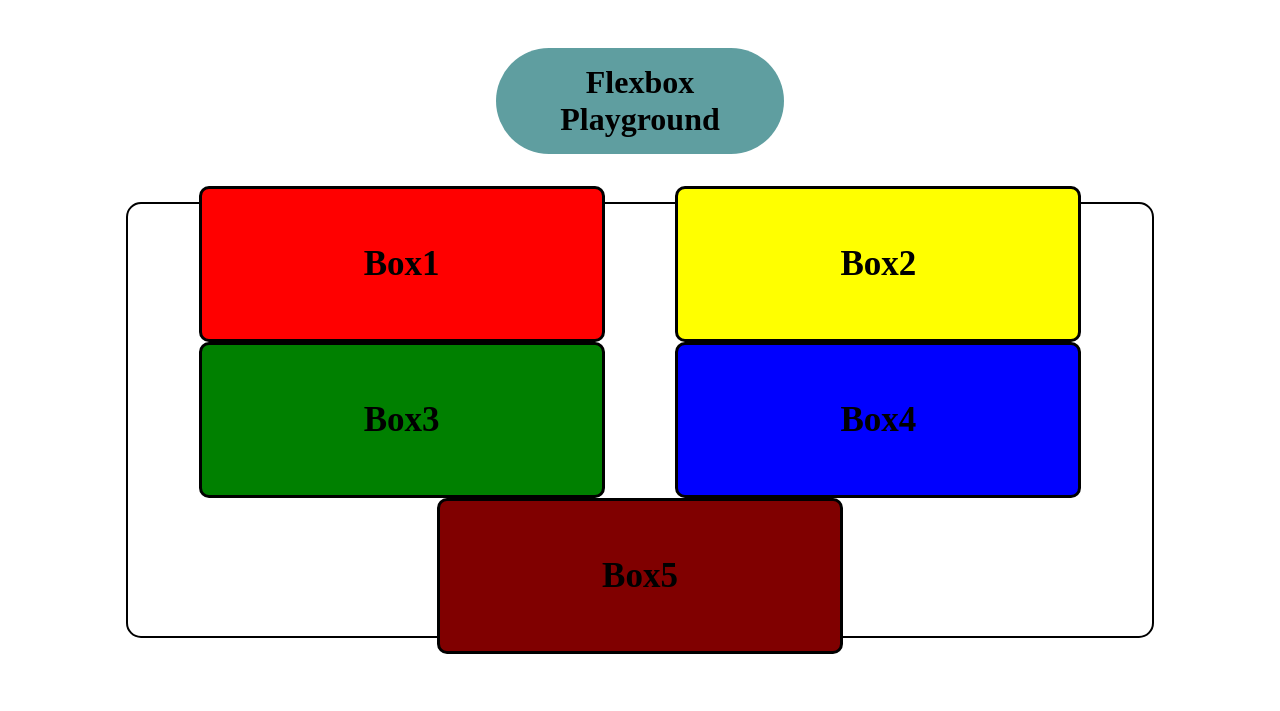
Repository: rakeshkolpepatil/CSS_Apana_College
Page: index.html
These files come from the project's save history. The page is drawn as it stood at one moment and after the next save; the edit follows.
The browser window is 1280 px wide. The pictures show the whole page.

Above is the page before, as saved 2023-06-24 22:42:21.

### index.html
<!DOCTYPE html>
<html lang="en">
<head>
  <meta charset="UTF-8">
  <meta name="viewport" content="width=device-width, initial-scale=1.0">
  <link rel="stylesheet" href="styleSeven.css"/>
  <title>Flexbox</title>
</head>
<body>
  <h1> Flexbox Playground </h1>
  <div id="container">
    <div id="box1" class="box"> Box1 </div>
    <div id="box2" class="box"> Box2 </div>
    <div id="box3" class="box"> Box3 </div>
    <div id="box4" class="box"> Box4 </div>
    <div id="box5" class="box"> Box5 </div>
  </div>
</body>
</html>

### styleSeven.css
*{
  margin: 0px;
  padding: 0px;
}

h1{
  text-align: center;
  margin: auto;
  margin-top:3rem;
  margin-bottom: 3rem;
  background-color:cadetblue;
  width: 20vw;
  border-radius: 10rem;
  padding: 1rem;
}

#container{
  display: flex;
  flex-wrap: wrap;
  border: 2px solid black;
  height: 60vh;
  width: 80vw;
  margin: auto;
  text-align: center;
  align-items:center;
  justify-content: space-evenly;
  flex-direction: row;
  border-radius: 15px;
  align-content: center;
}
.box{
  width: 400px;
  height: 150px;
  border: 3px solid black;
  display: flex;
  align-items: center;
  justify-content: center;
  font-size: 35px;
  font-weight: bold;
  border-radius: 10px;
}
#box1{
  background-color: red;
}
#box2{
  background-color: yellow;
}
#box3{
  background-color: green;
  align-self: flex-start;
}
#box4{
  background-color: blue;
}
#box5{
  background-color: maroon;
}

After the next save:
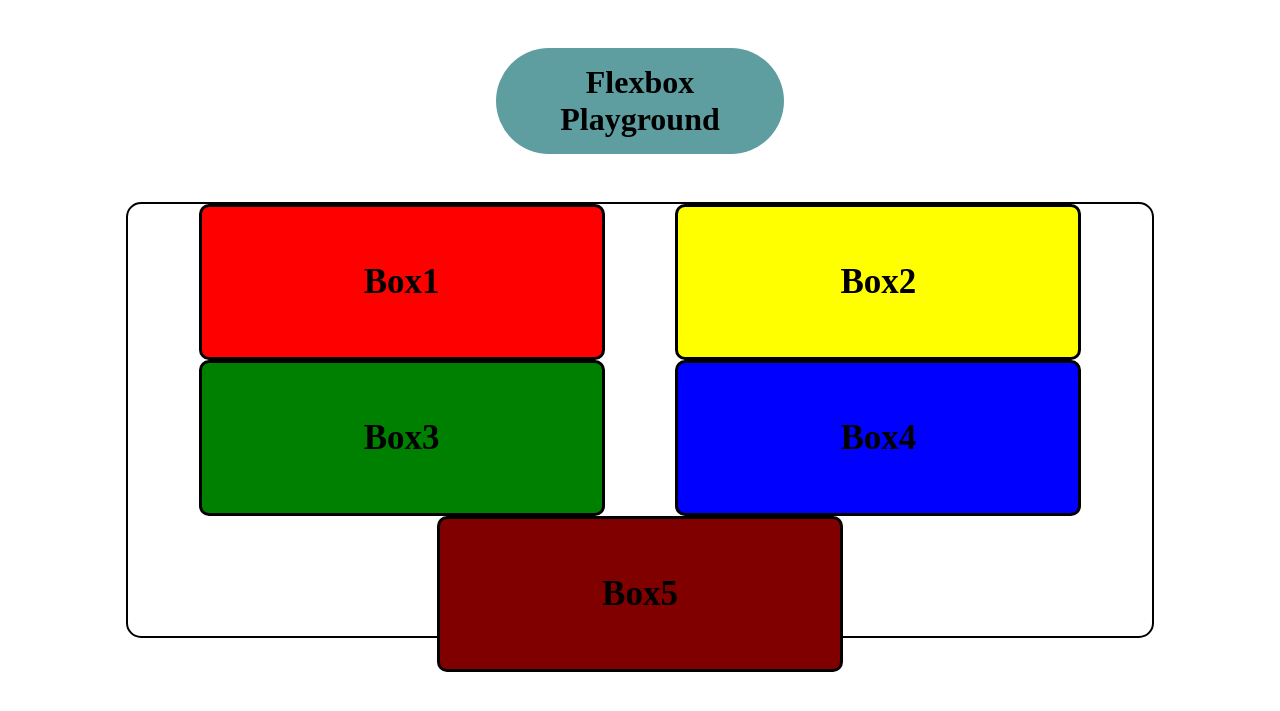
Saved 19 s later.
--- a/styleSeven.css
+++ b/styleSeven.css
@@ -26,7 +26,7 @@ h1{
   justify-content: space-evenly;
   flex-direction: row;
   border-radius: 15px;
-  align-content: center;
+  /* align-content: center; */
 }
 .box{
   width: 400px;
